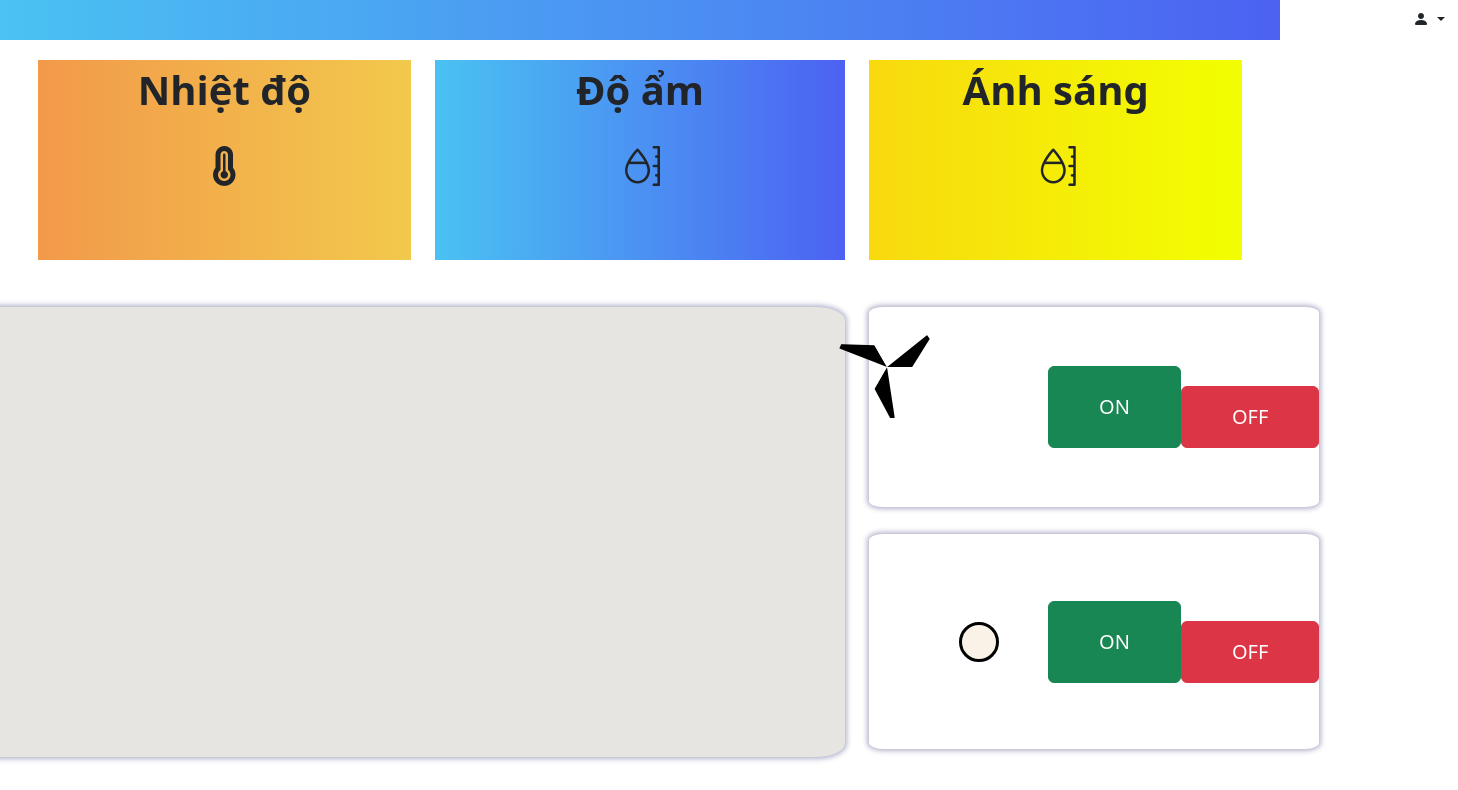
Repository: ndmq03102002/BTL_IOT
Page: Fontend_IOT/iot/index.html
An editor plug-in stored every save of this project. The page is shown before and after the next save, followed by the edit.
The browser window is 1280 px wide. The page is 1458 px wide, so the pictures cover 1458 px, including what lies to the right of the window. The pictures show the whole page.
Some web libraries are served in a nearby version.

Above is the page before, as saved 2023-09-07 10:02:24.

After the next save:
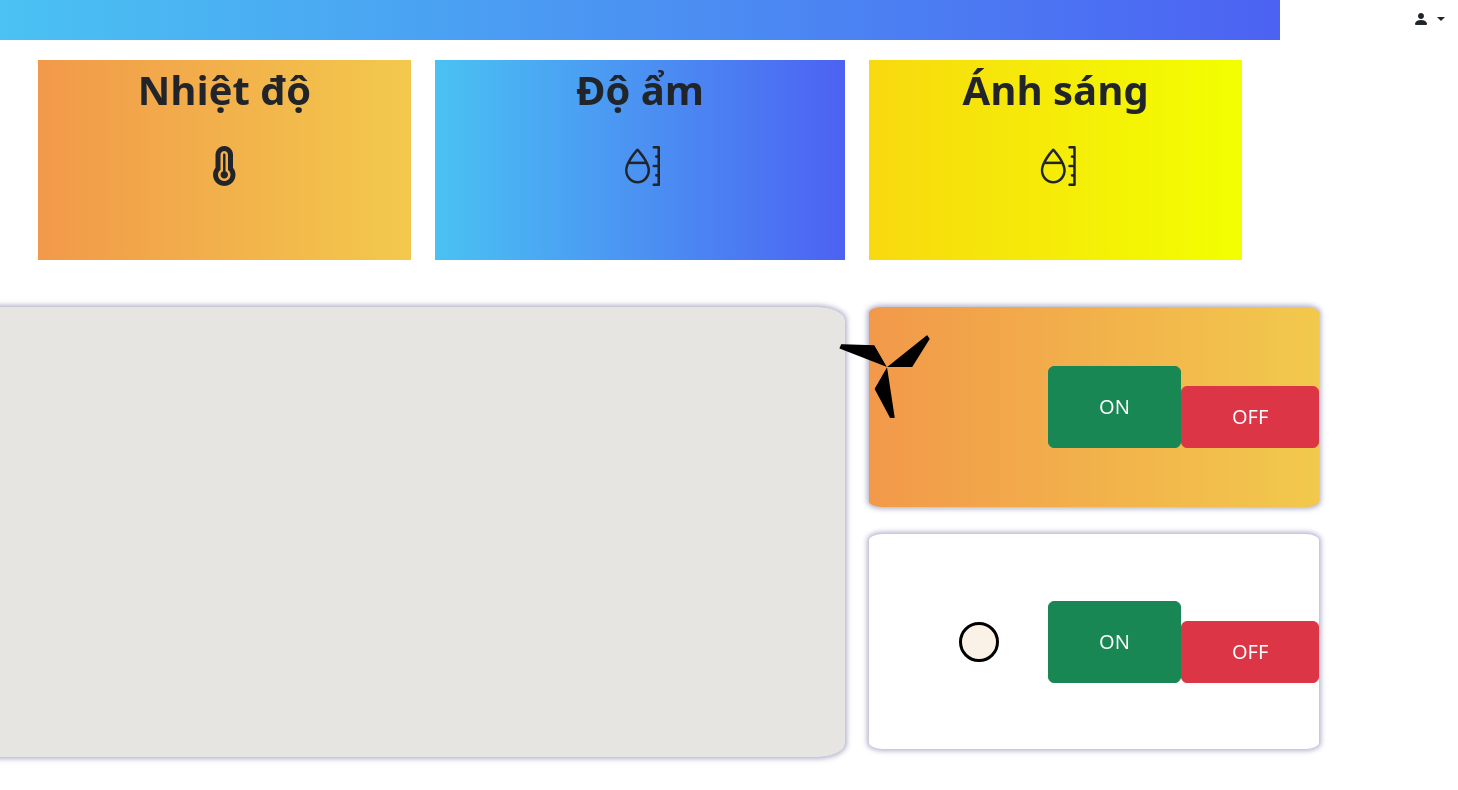
Saved 72 s later.
--- a/Fontend_IOT/iot/index.html
+++ b/Fontend_IOT/iot/index.html
@@ -58,16 +58,16 @@
                 </div>
             </div>
             <div class="col-sm-4 ">
-                <div class="khoi khoiii" style=" background-color: white; height: 200px; width: 450px; float: none; display: flex; justify-content: center; align-items: center;">
+                <div class="khoi khoi1" style=" background-color: white; height: 200px; width: 450px; float: left; display: flex; justify-content: center; align-items: center;">
                     <div class="fan">
                         <div class="blade blade-1"></div>
                         <div class="blade blade-2"></div>
                         <div class="blade blade-3"></div>
                         <div class="stand"></div>
                     </div>
-                    <div class="button" style="margin:auto">
-                        <button class="btn btn-success " onclick="OnFan()" style="--bs-btn-padding-y: 10px; --bs-btn-padding-x: 50px; --bs-btn-font-size: 20px; ">ON</button>
-                        <button class="btn btn-danger " onclick="OffFan()" style="margin-top: 20px; --bs-btn-padding-y: 15px; --bs-btn-padding-x: 50px; --bs-btn-font-size: 20px;">OFF</button>
+                    <div class="button" style="margin: auto;">
+                        <button class="btn btn-success " onclick="OnFan()" style="--bs-btn-padding-y: 15px; --bs-btn-padding-x: 50px; --bs-btn-font-size: 20px; ">ON</button>
+                         <button class="btn btn-danger " onclick="OffFan()" style="margin-top: 20px; --bs-btn-padding-y: 15px; --bs-btn-padding-x: 50px; --bs-btn-font-size: 20px;">OFF</button>
                     </div>
                 </div>
                 <div class="khoi " style="background-color: white; margin-bottom: 20px; height: 215px; width: 450px; float: left; display: flex; justify-content: center; align-items: center;">

After the save that followed:
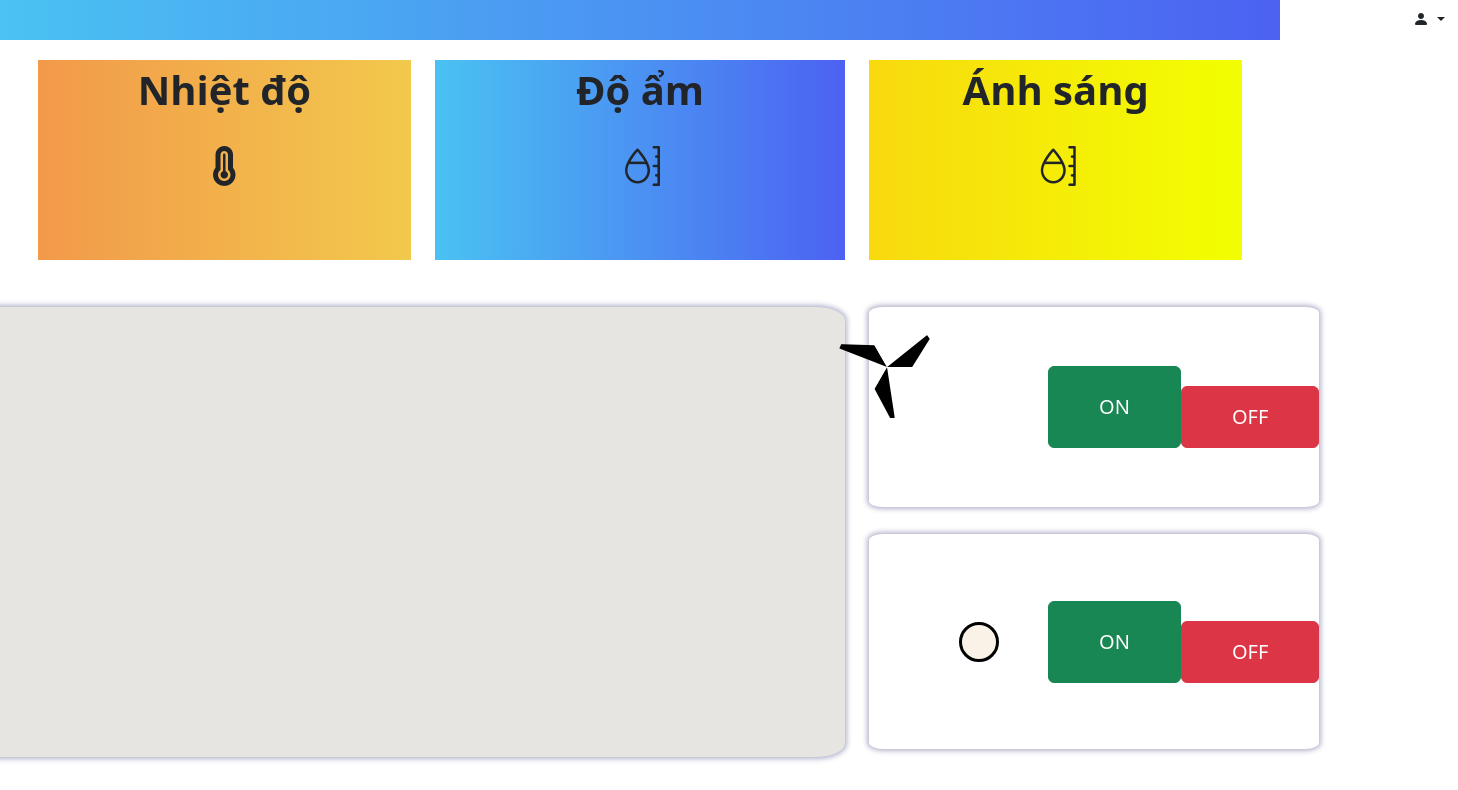
Saved 12 s later.
--- a/Fontend_IOT/iot/index.html
+++ b/Fontend_IOT/iot/index.html
@@ -58,7 +58,7 @@
                 </div>
             </div>
             <div class="col-sm-4 ">
-                <div class="khoi khoi1" style=" background-color: white; height: 200px; width: 450px; float: left; display: flex; justify-content: center; align-items: center;">
+                <div class="khoi khoiii" style=" background-color: white; height: 200px; width: 450px; float: left; display: flex; justify-content: center; align-items: center;">
                     <div class="fan">
                         <div class="blade blade-1"></div>
                         <div class="blade blade-2"></div>
